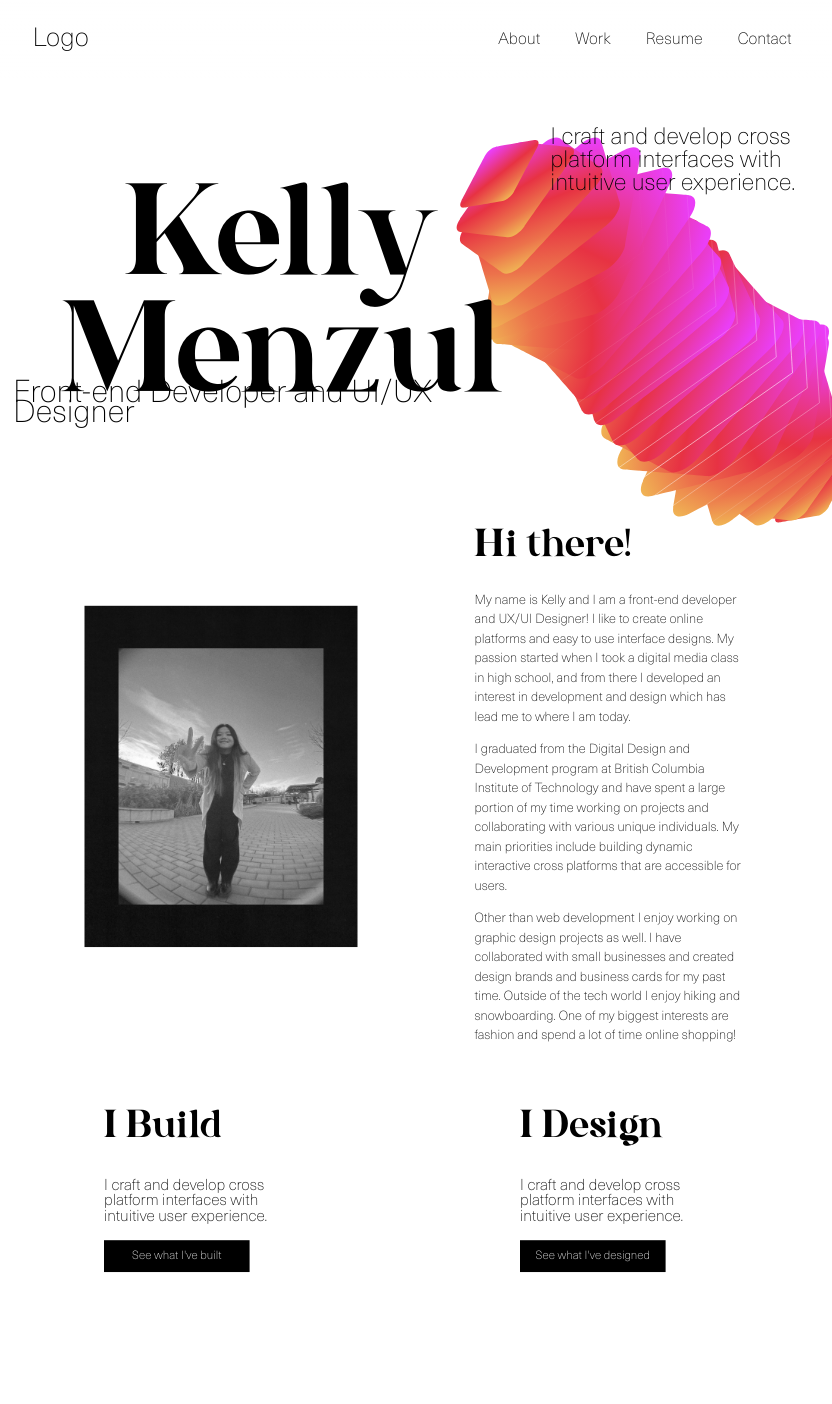
Repository: KellyMenzul/Kelly-Menzul
Page: /
The author's editor kept a copy of each file at every save. The page is drawn from the files as they stood at one save, then again after the next save.
The browser window is 1280 px wide. The pictures show the whole page, at 65% of full size.
The project was rebuilt for these pictures with package versions that can differ from the ones it lists, and the page was loaded fresh each time. The framework's server and built-in components were replaced by stand-ins that run in the browser. Also part of the build but not shown: next.config.js.

Above is the page before, as saved 2022-01-20 16:04:55.

### pages/_document.js
import Document from 'next/document';
import { ServerStyleSheet } from 'styled-components';

export default class MyDocument extends Document {
 static async getInitialProps(ctx) {
   const sheet = new ServerStyleSheet();
   const originalRenderPage = ctx.renderPage;

   try {
     ctx.renderPage = () =>
       originalRenderPage({
         enhanceApp: (App) => (props) =>
           sheet.collectStyles(<App {...props} />),
       });

     const initialProps = await Document.getInitialProps(ctx);
     return {
       ...initialProps,
       styles: (
         <>
           {initialProps.styles}
           {sheet.getStyleElement()}
         </>
       ),
     };
   } finally {
     sheet.seal();
   }
 }
}

### pages/index.js
import Image from 'next/image'
import styled from 'styled-components'
import MenuBar from '../comps/MenuBar'
import Name from '../comps/Name'
import Position from '../comps/Position'
import Intro from '../comps/Intro'
import Head from '../comps/Head'
import Work from '../comps/Work'
import { useState, useEffect } from "react";
import Load from '../comps/Load'


const Holder = styled.div`
display:flex;
flex-direction:column;
width:100%;
height:100%;
flex-wrap:wrap;
`
const MenuHolder = styled.div`
display:flex;
flex-direction:column;
width:100%;
position:fixed;
z-index:2;
`
const LandingHolder = styled.div`
display:flex;
position:relative;
width:100%;
height:100vh;
padding:40px;
flex-wrap:wrap;

@media only screen
  and (min-device-width: 768px)
  and (max-device-width: 1024px)
  and (-webkit-min-device-pixel-ratio: 1) {

padding:20px;
}
`
const LandingHolderLeft = styled.div`
display:flex;
width:100%;
flex:2;
flex-direction:column;
justify-content:flex-end;
`

const LandingHolderRight = styled.div`
display:flex;
flex:1;
padding-top:150px;
align-items:flex-start;
justify-content:flex-end;
`

const NameHolder = styled.div``

const IntroHolder = styled.div`
display:flex;
`
// About

const AboutHolder = styled.div`
display:flex;
flex-direction:row;
width:100%;
height:100vh;
padding:40px;
flex-wrap:wrap;
`

const  AboutHolderLeft = styled.div`
flex:1;
display:flex;
flex-direction:column;
justify-content:center;
align-items:center;
`

const  AboutHolderRight = styled.div`
display:flex;
flex-direction:column;
align-items:center;
justify-content:center;
flex:1;
`
const AboutMeHolder = styled.div`
display:flex;
flex-direction:column;
width:70%;
`

// work

const WorkHolder = styled.div `
display:flex;
flex-direction:row;
width:100%;
height:100vh;
flex-wrap:wrap;
`
const  WorkHolderLeft = styled.div`
display:flex;
align-items:center;
justify-content:center;
flex:1;
`

const  WorkHolderRight = styled.div`
flex:1;
display:flex;
align-items:center;
justify-content:center;
`

const LoadHolder = styled.div`
position:absolute;
z-index:-1;
top:-300px;
left:200px;

`
const TextHolder  =styled.div``

const HeroImage = styled.img`
width:70%;
transition: 1s ease-in-out;

&:hover {
  transform: scale(1.03);
}
`

export default function Home() {
  // const [setup1, setSetup1] =  useState(false)

  // if (setup1 === false) {
  //   setTimeout(() => {
  //     setSetup1(true)
  //   },5000)

  //   return <LoadHolder>
  //     <Load/>
  //     <TextHolder>Welcome</TextHolder>
  //   </LoadHolder>
  // }

  return (
    <Holder>
      <MenuHolder>
        <MenuBar />
      </MenuHolder>


      <LandingHolder id='landing'>
        <LoadHolder>
          <Load/>
        </LoadHolder>

        <LandingHolderLeft>
          <NameHolder>
            <Name/>
            <Position topmargin='-160px'/>
          </NameHolder>
        </LandingHolderLeft>

        <LandingHolderRight>
          <IntroHolder>
           <Intro/>
          </IntroHolder>
        </LandingHolderRight>
      </LandingHolder>

      <AboutHolder id='about'>
        <AboutHolderLeft>
          <HeroImage src='/me.png'/>
        </AboutHolderLeft>
        <AboutHolderRight>
            <AboutMeHolder>
              <Head text='Hi there!'/>
              <Position fontsize='20px' text='My name is Kelly and I am a front-end developer and UX/UI Designer! I like to create online platforms and easy to use interface designs. My passion started when I took a digital media class in high school, and from there I developed an interest in development and design which has lead me to where I am today.'/>
              <Position fontsize='20px' text='I graduated from the Digital Design and Development program at British Columbia Institute of Technology and have spent a large portion of my time working on projects and collaborating with various unique individuals. My main priorities include building dynamic interactive cross platforms that are accessible for users.'/>
              <Position fontsize='20px' text='Other than web development I enjoy working on graphic design projects as well. I have collaborated with small businesses and created design brands and business cards for my past time. Outside of the tech world I enjoy hiking and snowboarding. One of my biggest interests are fashion and spend a lot of time online shopping!'/>
            </AboutMeHolder>
        </AboutHolderRight>
      </AboutHolder>

      <WorkHolder id='work'>
        <WorkHolderLeft>
          <Work routeTo='/development' buttontext="See what I've built" text='I craft and develop cross platform interfaces with intuitive user experience.' headerhere='I Build'/>
        </WorkHolderLeft>
        <WorkHolderRight>
          <Work routeTo='/design' buttontext="See what I've designed" text='I craft and develop cross platform interfaces with intuitive user experience.' headerhere='I Design'/>
        </WorkHolderRight>
      </WorkHolder>



    </Holder>
  )
}

### styles/globals.css
@font-face {
  font-family: "textbold";
  src: url(../public/fonts/NeueHaasUnica/NeueHaasUnica-Bold.ttf);
  font-display: swap;
}

@font-face {
  font-family: "textlight";
  src: url(../public/fonts/NeueHaasUnica/NeueHaasUnica-ExtraLight.ttf);
  font-display: swap;
}

@font-face {
  font-family: "heading";
  src: url(../public/fonts/GishellaMorely/Gishella\ Morely.ttf);
  font-display: swap;
}

html,
body {
  padding: 0;
  margin: 0;
  font-family: "textlight";
  scroll-behavior: smooth;
  overflow-x: hidden;
}


a {
  color: inherit;
  text-decoration: none;
}

* {
  box-sizing: border-box;
}

### comps/MenuBar/index.js
import styled from "styled-components";
import React from "react";
import Link from "next/link";

const Holder = styled.div `
display:flex;
align-items:center;
justify-content:center;
width:100%;
background: rgb(255,255,255);
background: linear-gradient(180deg, rgba(255,255,255,1) 0%, rgba(148,187,233,0) 100%);
`
const LogoHolder = styled.div `
margin-left:50px;
`

const Left = styled.div`
flex:1;
`

const Right = styled.div`
flex:1;
display:flex;
justify-content:flex-end;
`

const MenuButtonHolder = styled.div`
display:flex;
flex-firection:row;
width:100%;
justify-content:flex-end;
gap:30px;
margin-right:50px;
`

const MenuButton = styled.button`
border-style:none;
background-color:${props=>props.bgcolor};
font-family:"textlight";
font-size:25px;
color:black;
padding:12px;

&:hover {
    text-decoration:underline;
}
`

const Logo = styled.p`
font-size:40px;
`


const MenuBar = ({
    onButtonPress=()=>{},
    bgcolor="transparent",
}) => {

    return <Holder>
        <Left>
            <Link href="#landing">
            <LogoHolder>
                <Logo>Logo</Logo>
            </LogoHolder>
            </Link>
        </Left>
        <Right>
            <MenuButtonHolder>
                <Link href="#about">
                    <MenuButton bgcolor={bgcolor} onClick={()=>{onButtonPress()}}>About</MenuButton>
                </Link>

                <Link href="#work">
                <MenuButton bgcolor={bgcolor}>Work</MenuButton>
                </Link>

                <MenuButton bgcolor={bgcolor}>Resume</MenuButton>

                <Link href="mailto:kmnzul@gmail.com">
                <MenuButton bgcolor={bgcolor}>Contact</MenuButton>
                </Link>

            </MenuButtonHolder>
        </Right>
    </Holder>
}

export default MenuBar;

### comps/Name/index.js
import styled from "styled-components";
import React from "react";
import { style } from "@mui/system";

const TextHolder = styled.div `
dispay:flex;
flex-wrap:wrap;
width:100%;

`

const Text = styled.h1`
font-family:"heading";
font-size:288px;
font-weight:400;
line-height:250px;

@media only screen
  and (min-device-width: 768px)
  and (max-device-width: 1024px)
  and (-webkit-min-device-pixel-ratio: 1) {

    text-align:center;
    line-height:180px;
    font-size:200px;
}
`

const Name = ({}) => {
    return <TextHolder>
        <Text>Kelly Menzul</Text>
        </TextHolder>

}

export default Name;

### comps/Position/index.js
import styled from "styled-components";
import React from "react";

const TextHolder = styled.div`
dispay:flex;
flex-wrap:wrap;
width:100%;
`

const Text = styled.p`
font-family:"textlight";
font-size:${props=>props.fontsize};
font-weight:400;
margin-top:${props=>props.topmargin};
line-height:30px;
`
// margin-top:-160px;
const Position = ({
    text = "Front-end Developer and UI/UX Designer",
    fontsize = "48px",
    topmargin = "0px"
}) => {
    return <TextHolder>
    <Text topmargin={topmargin} fontsize={fontsize}>{text}</Text>
    </TextHolder>
}

export default Position;

### comps/Intro/index.js
import styled from "styled-components";
import React from "react";

const TextHolder = styled.div `
dispay:flex;
flex-wrap:wrap;
width:100%;

`

const Text = styled.h1`
font-family:"textlight";
font-weight:400;
font-size:36px;
`

const Intro = ({}) => {
    return <TextHolder>
        <Text>I craft and develop cross platform interfaces with intuitive user experience.</Text>
        </TextHolder>

}

export default Intro;

### comps/Head/index.js
import styled from "styled-components";
import React from "react";

const TextHolder = styled.div `
dispay:flex;
flex-wrap:wrap;
width:100%;

`

const Text = styled.h1`
font-family:"heading";
font-size:${props=>props.headsize};
font-weight:400;
`

const Head = ({
    headsize="60px",
    text="Heading"
}) => {
    return <TextHolder>
        <Text headsize={headsize}>{text}</Text>
        </TextHolder>

}

export default Head;

### comps/Work/index.js
import styled from "styled-components";
import React from "react";
import Head from "../Head";
import Position from "../Position";
import router, {useRouter} from 'next/router';

const Holder = styled.div `
display:flex;
flex-direction:column;
width:50%;
`

const Header = styled.h2 `
font-family:"heading";
font-size:${props=>props.headsize};
font-weight:400;
`

const Text = styled.p `
font-family:"textlight";
font-size:${props=>props.fontsize};
font-weight:400;
margin-top:${props=>props.topmargin};
`

const Button = styled.button `
border-style:none;
font-family:"textlight";
color:white;
background-color:black;
font-size:18px;
padding:15px;
width:70%;
transition:1s;

&: hover {
    background-color:#FF312E;
}


`

// margin-top:-160px;
const Work = ({
    headsize="60px",
    text = "text",
    fontsize = "24px",
    topmargin = "0px",
    headerhere='header',
    buttontext =  "buttontext",
    routeTo = '/.'

}) => {
    return <Holder>
        <Header headsize={headsize}>{headerhere}</Header>
        <Text topmargin={topmargin} fontsize={fontsize}>{text}</Text>
        <Button onClick={()=>router.push(routeTo)}>{buttontext}</Button>

    </Holder>
}

export default Work;

### comps/Load/index.js
import styled from 'styled-components';
import React, {useEffect, useRef, useState} from 'react';
import lottie from 'lottie-web';


const Container = styled.div`
    width:150%;
`

// const Buttons = styled.button``
var anim = null;


const Load = ({}) => {
    const container = useRef(null)

    useEffect(() => {
        anim = lottie.loadAnimation({
            container: container.current,
            renderer: 'svg',
            loop: true,
            autoplay:true,
            animationData: require('../../public/load.json')

        })
        lottie.setSpeed(0.1);
    }, [])

    return <Container>
        <div className="container" ref={container}></div>
    </Container>
}

export default Load;

Loaded but not shown: pages/_app.js (common file); public/load.json (1 lines, source omitted)

After the next save:
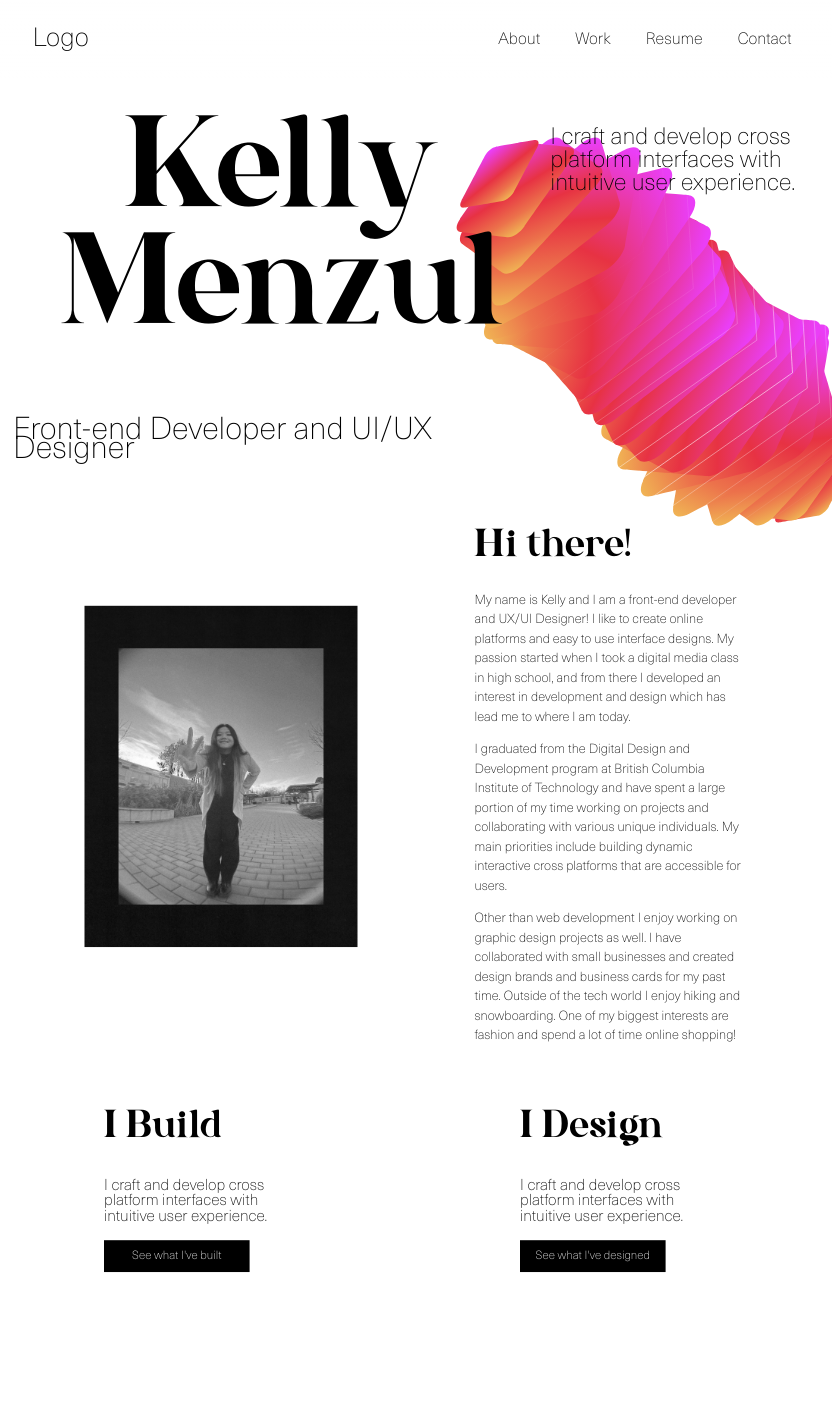
Saved 84 s later.
--- a/pages/index.js
+++ b/pages/index.js
@@ -163,7 +163,7 @@
         <LandingHolderLeft>
           <NameHolder>
             <Name/>
-            <Position topmargin='-160px'/>
+            <Position topmargin='0px'/>
           </NameHolder>
         </LandingHolderLeft>
 

After the save that followed:
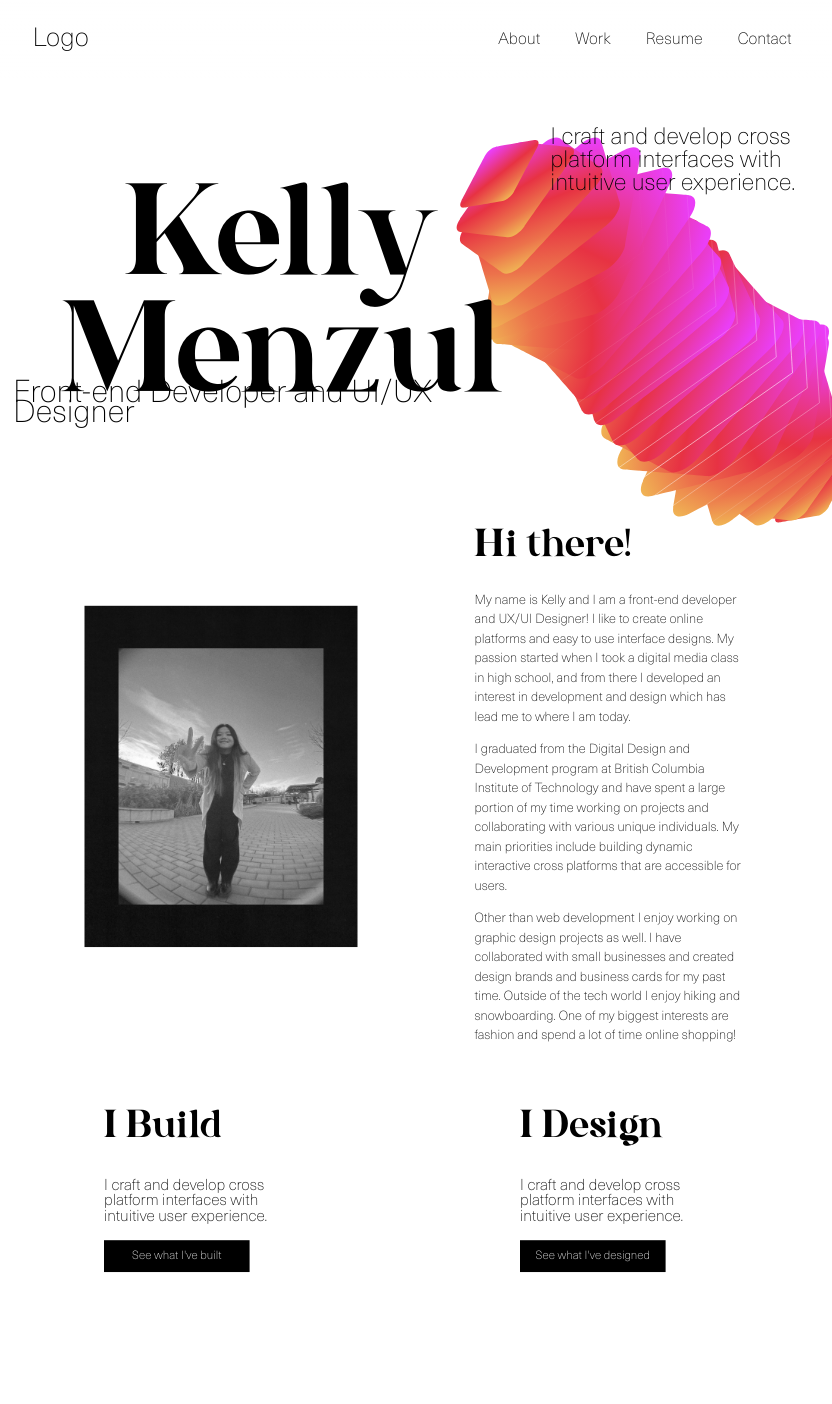
Saved 6 s later.
--- a/pages/index.js
+++ b/pages/index.js
@@ -163,7 +163,7 @@
         <LandingHolderLeft>
           <NameHolder>
             <Name/>
-            <Position topmargin='0px'/>
+            <Position topmargin='-160px'/>
           </NameHolder>
         </LandingHolderLeft>
 
